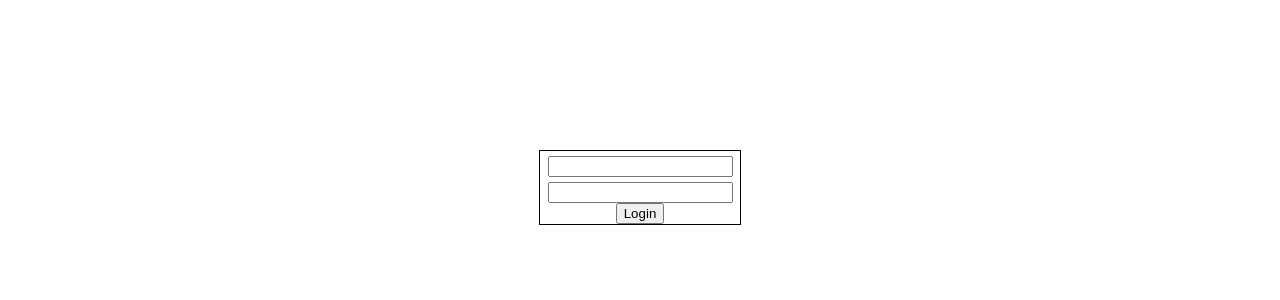
Repository: ehabmelhem/FullStack_Tweetapp
Page: /login (app in tweet-app-demo/)
These files come from the project's save history. The page is drawn as it stood at one moment and after the next save; the edit follows.
The browser window is 1280 px wide. The pictures show the whole page.
The project was rebuilt for these pictures with package versions that can differ from the ones it lists, and the page was loaded fresh each time. A package was used in the major version that the imports need, not the one package.json lists. Also part of the build but not shown: tweet-app-demo/src/Componets/SignUp.css, tweet-app-demo/src/Componets/SignUp.js.

Above is the page before, as saved 2021-01-27 22:13:37.

### tweet-app-demo/src/App.js
import "./App.css";
import { useEffect, useState } from "react";
import { BrowserRouter as Router, Switch, Route, Link } from "react-router-dom";
import Login from "./Componets/Login";
import SignUp from "./Componets/SignUp";

function App() {
  return (
    <Router>
      <div className="app">
        <Switch>
          <Route path="/login">
            <Login />
          </Route>
          <Route path="/signup">
            <SignUp />
          </Route>
          <Route path="/">
            <Link to="/login">
              <button>Login</button>
            </Link>
            <Link to="/signup">
              <button>SignUp</button>
            </Link>
          </Route>
        </Switch>
      </div>
    </Router>
  );
}

export default App;

### tweet-app-demo/src/App.css
.app {
  position: relative;
  top: 150px;
  width: fit-content;
  margin: 0 auto;
}

### tweet-app-demo/src/Componets/Login.js
import React from "react";
import "./Login.css";
function Login() {
  const submitHandler = (e) => {
    e.preventDefault();
  };
  return (
    <div className="login">
      <form className="flex">
        <input type="text" />
        <input type="password" />
        <button onClick={submitHandler} type="submit">
          Login
        </button>
      </form>
    </div>
  );
}

export default Login;

### tweet-app-demo/src/Componets/Login.css
.login > .flex {
  width: 200px;
  display: flex;
  flex-wrap: wrap;
  border: 1px solid black;
  justify-content: center;
}
.login > .flex > input {
  margin-top: 5px;
  marg
}

Loaded but not shown: tweet-app-demo/public/index.html (common file); tweet-app-demo/src/index.js (common file); tweet-app-demo/src/index.css (common file); tweet-app-demo/src/reportWebVitals.js (common file)

After the next save:
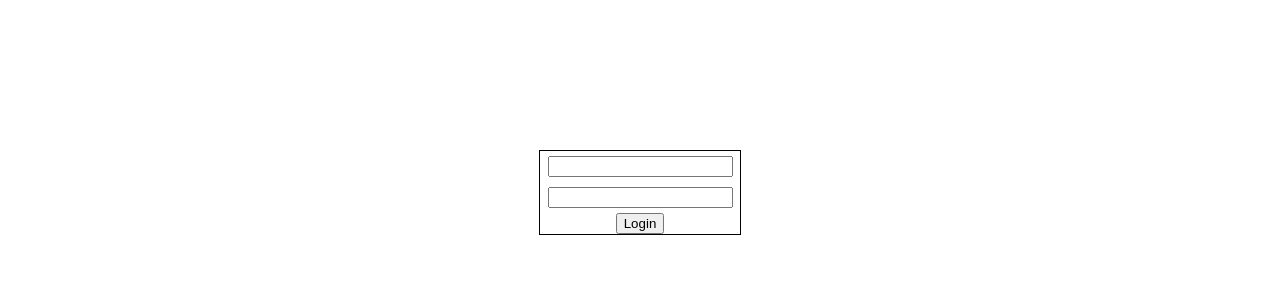
Saved 4 s later.
--- a/tweet-app-demo/src/Componets/Login.css
+++ b/tweet-app-demo/src/Componets/Login.css
@@ -7,5 +7,5 @@
 }
 .login > .flex > input {
   margin-top: 5px;
-  marg
+  margin-bottom: 5px;
 }
